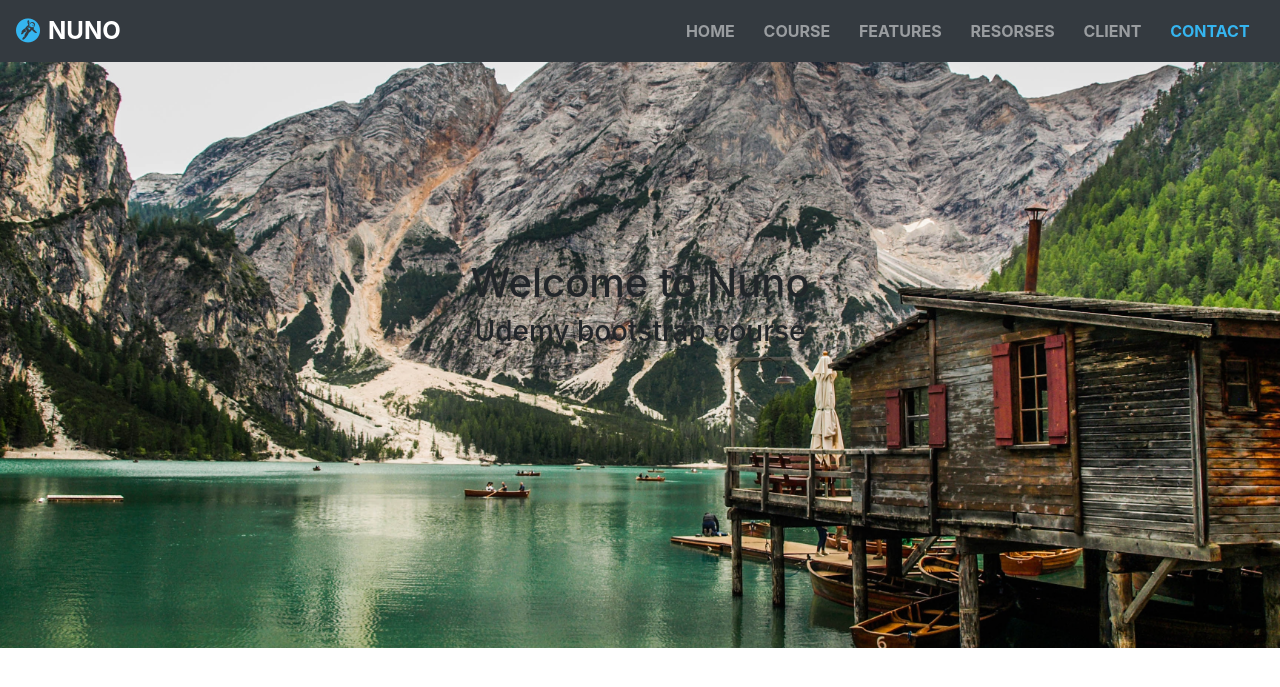
Repository: Mietlicha/bootstrap_template_exercise
Page: index.html
The author's editor kept a copy of each file at every save. The page is drawn from the files as they stood at one save, then again after the next save.
The browser window is 1280 px wide. The pictures show the whole page.

Above is the page before, as saved 2019-11-19 18:59:24.

### index.html
<!DOCTYPE html>
<html lang="en">

<head>
    <meta charset="UTF-8">
    <meta name="viewport" content="width=device-width, initial-scale=1.0">
    <meta http-equiv="X-UA-Compatible" content="ie=edge">
    <title>Bootstrap template</title>
    <link rel="stylesheet" href="https://stackpath.bootstrapcdn.com/bootstrap/4.3.1/css/bootstrap.min.css"
        integrity="sha384-ggOyR0iXCbMQv3Xipma34MD+dH/1fQ784/j6cY/iJTQUOhcWr7x9JvoRxT2MZw1T" crossorigin="anonymous">
    <link rel="stylesheet" href="style.css">
    <link rel="stylesheet" href="https://cdnjs.cloudflare.com/ajax/libs/font-awesome/4.7.0/css/font-awesome.min.css">
</head>

<body data-spy="scroll" data-target="#main-nav">
    <!--------------------nav/home-------------------------------------------------------------------->
    <nav id="main-nav" class="navbar navbar-expand-md navbar-dark bg-dark font-weight-bold fixed-top">
        <a class="navbar-brand" href="#"><i class="fa fa-grav mr-2" aria-hidden="true"></i>Nuno</a>
        <button class="navbar-toggler" type="button" data-toggle="collapse" data-target="#navbarSupportedContent"
            aria-controls="navbarSupportedContent" aria-expanded="false" aria-label="Toggle navigation">
            <span class="navbar-toggler-icon"></span>
        </button>

        <div class="collapse navbar-collapse" id="navbarSupportedContent">
            <ul class="navbar-nav ml-auto">
                <li class="nav-item">
                    <a class="nav-link" href="#home">Home</a>
                </li>
                <li class="nav-item">
                    <a class="nav-link" href="#course">Course</a>
                </li>
                <li class="nav-item">
                    <a class="nav-link" href="#feature">Features</a>
                </li>
                <li class="nav-item">
                    <a class="nav-link" href="#resourses">Resorses</a>
                </li>
                <li class="nav-item">
                    <a class="nav-link" href="#client">Client</a>
                </li>
                <li class="nav-item">
                    <a class="nav-link" href="#contact">Contact</a>
                </li>
        </div>
    </nav>
<!--------------------main----------------------------------------------------------------->
<main>
    <!--------------------home-------------------->
    <section id="home">
        <div class="home--landing-page">
        </div>
        <div class="home--caption">
            <h1>Welcome to Nuno</h1>
            <h3>Udemy bootstrap course</h3>
        </div>
    </section>

    <!--------------------corse-------------------->
    <section id="course">

    </section>
    <!--------------------feature-------------------->
    <section id="feature">

    </section>
    <!--------------------Resourses-------------------->
    <section id="resourses">

    </section>
    <!--------------------Client-------------------->
    <section id="client">

    </section>
    <!--------------------Contact-------------------->
    <section id="contact">

    </section>
</main>

    <script src="https://code.jquery.com/jquery-3.3.1.slim.min.js"
        integrity="sha384-q8i/X+965DzO0rT7abK41JStQIAqVgRVzpbzo5smXKp4YfRvH+8abtTE1Pi6jizo"
        crossorigin="anonymous"></script>
    <script src="https://cdnjs.cloudflare.com/ajax/libs/popper.js/1.14.7/umd/popper.min.js"
        integrity="sha384-UO2eT0CpHqdSJQ6hJty5KVphtPhzWj9WO1clHTMGa3JDZwrnQq4sF86dIHNDz0W1"
        crossorigin="anonymous"></script>
    <script src="https://stackpath.bootstrapcdn.com/bootstrap/4.3.1/js/bootstrap.min.js"
        integrity="sha384-JjSmVgyd0p3pXB1rRibZUAYoIIy6OrQ6VrjIEaFf/nJGzIxFDsf4x0xIM+B07jRM"
        crossorigin="anonymous"></script>
</body>

</html>

### style.css
:root{
--main-colour: rgb(53, 181, 240);
}

body{
    position: relative;
}

/************************NAV******************************************/
bg-dark{
color: rgba(0, 0, 0, 0.747);
}

.navbar-dark .navbar-nav .nav-link:hover{
    color: rgb(255, 255, 255);
}

.nav-link{
    padding: 0 7rem;
}

#main-nav {
text-transform: uppercase;
}

#main-nav .navbar-brand{
    font-size: 1.5rem;
}

#main-nav .navbar-brand i{
    color: var(--main-colour);
}

.navbar-dark .navbar-nav .nav-link.active{
    color: var(--main-colour);
    font-weight: bold;
}

.navbar-dark .navbar-nav .nav-link{
    padding-top: .9rem;
}

/*Nav*/
@media (min-width: 768px){
.navbar-expand-md .navbar-nav .nav-link {
    padding-right: .9rem;
    padding-left: .9rem;
    padding-top: 0;
}
}

/************************Home******************************************/
.home--landing-page{
    background: url(img/tlo.jpg) center/cover no-repeat;
    width: 100vw;
    height: 90vh;
    color: #fff;
    text-transform: uppercase;
}

.home--caption{
    width: 100%;
    position: absolute;
    top: 40%;
    z-index: 3;
    text-align: center;
}

After the next save:
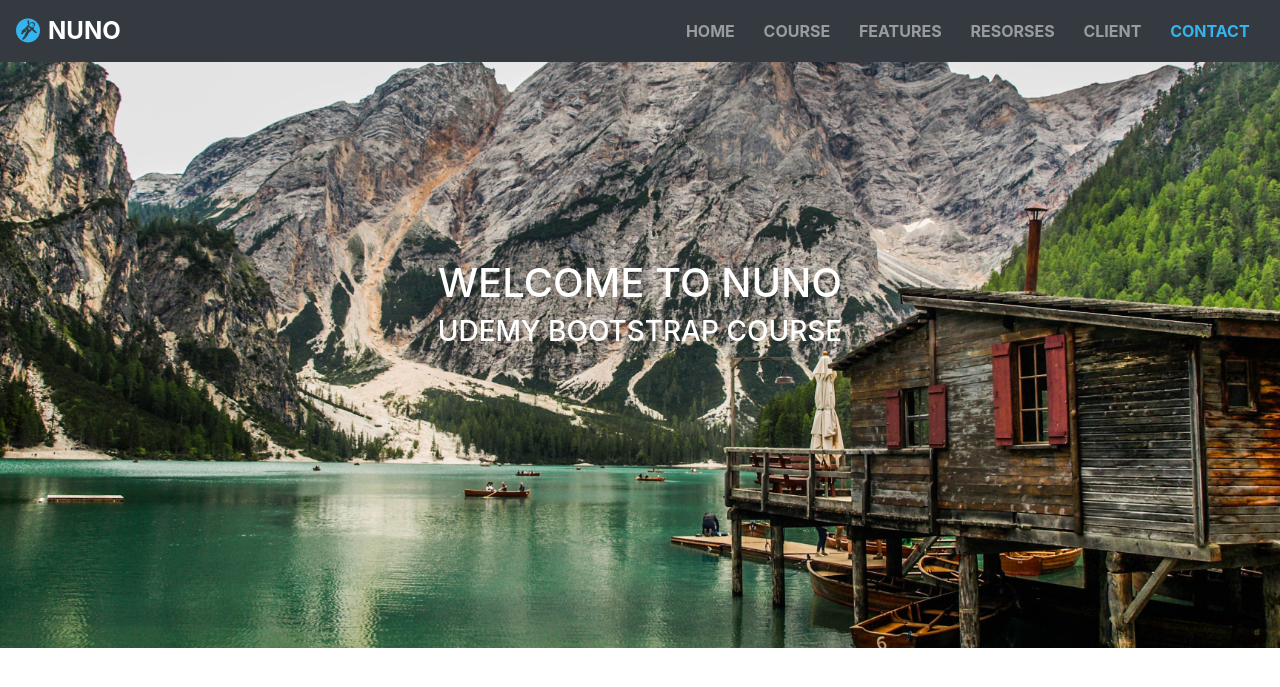
Saved 24 s later.
--- a/style.css
+++ b/style.css
@@ -54,8 +54,6 @@
     background: url(img/tlo.jpg) center/cover no-repeat;
     width: 100vw;
     height: 90vh;
-    color: #fff;
-    text-transform: uppercase;
 }
 
 .home--caption{
@@ -64,4 +62,6 @@
     top: 40%;
     z-index: 3;
     text-align: center;
+    color: #fff;
+    text-transform: uppercase;
 }
